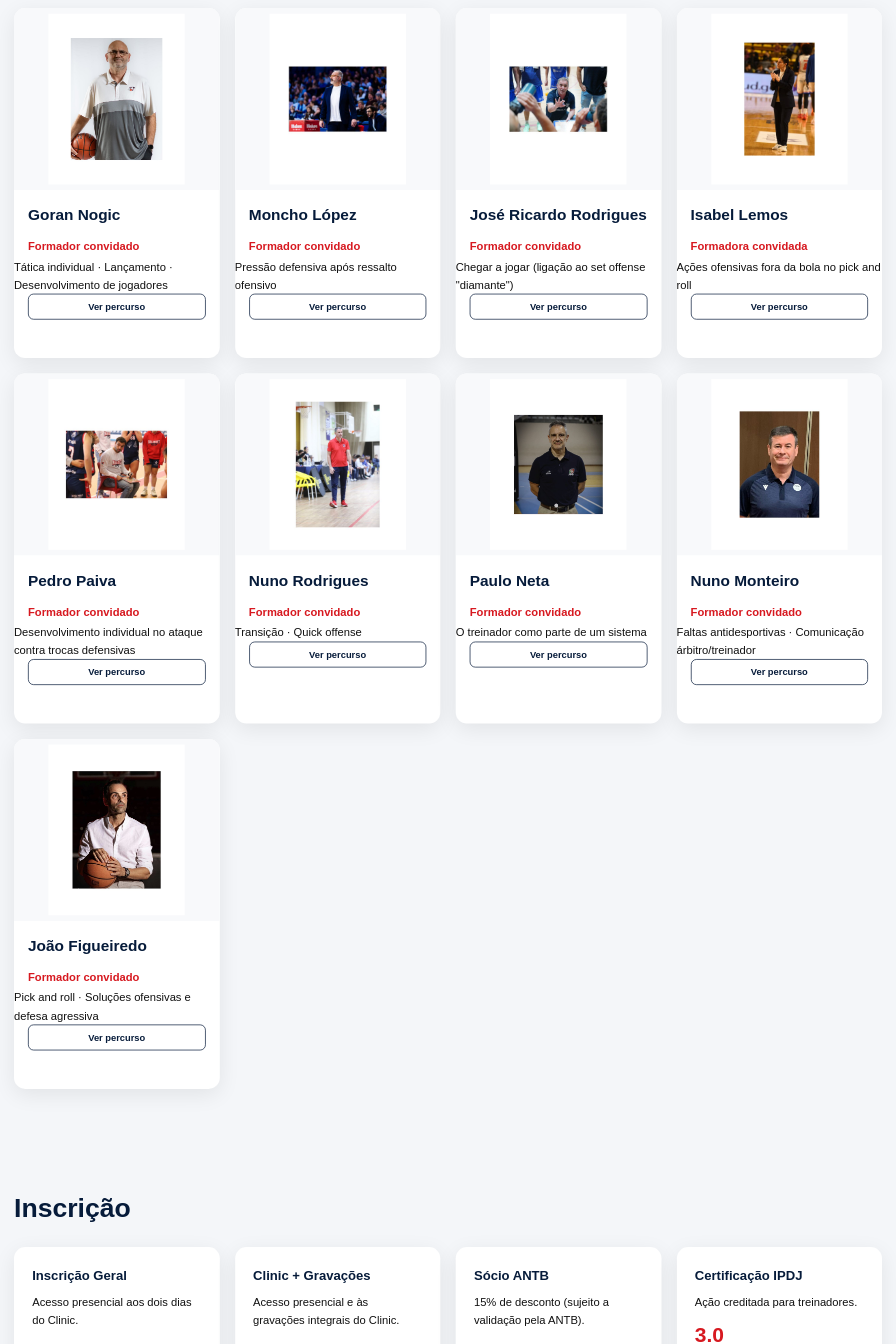
Repository: Vasco18Ferreira/clinic-internacional-maia
Page: index.html
These files come from the project's save history. The page is drawn as it stood at one moment and after the next save; the edit follows.
The browser window is 1280 px wide. The pictures show the part of the page from y = 1411 to 3331 px (the page is 6086 px tall), at 70% of full size.

Above is the page before, as saved 2026-07-21 11:46:06.

After the next save:
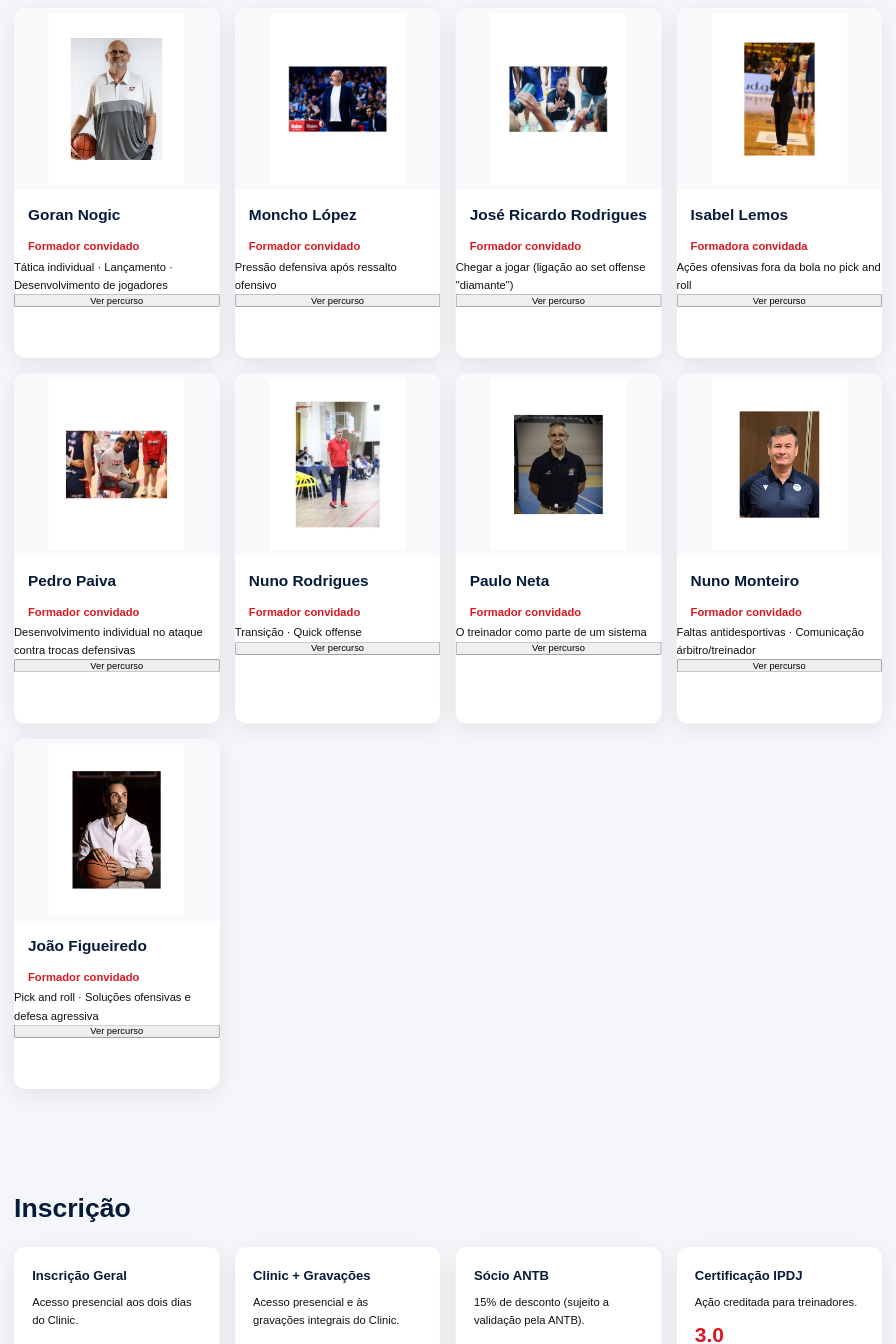
Saved 2 min 2 s later.
--- a/index.html
+++ b/index.html
@@ -331,31 +331,6 @@
   padding: 0;
   font-weight: normal;
   color: #444;
-}
-
-.bio-button {
-  margin: 0 20px 22px;
-  padding: 10px 14px;
-  border: 1px solid var(--blue);
-  border-radius: 8px;
-  background: transparent;
-  color: var(--blue);
-  font-weight: bold;
-  cursor: pointer;
-  transition: 0.2s;
-}
-
-.bio-button:hover {
-  background: var(--blue);
-  color: var(--white);
-}
-
-.speaker-bio{
-    display:none;
-    padding:0 20px 22px;
-    font-size:15px;
-    line-height:1.75;
-    color:#444;
 }
 
 .speaker-bio.open{
